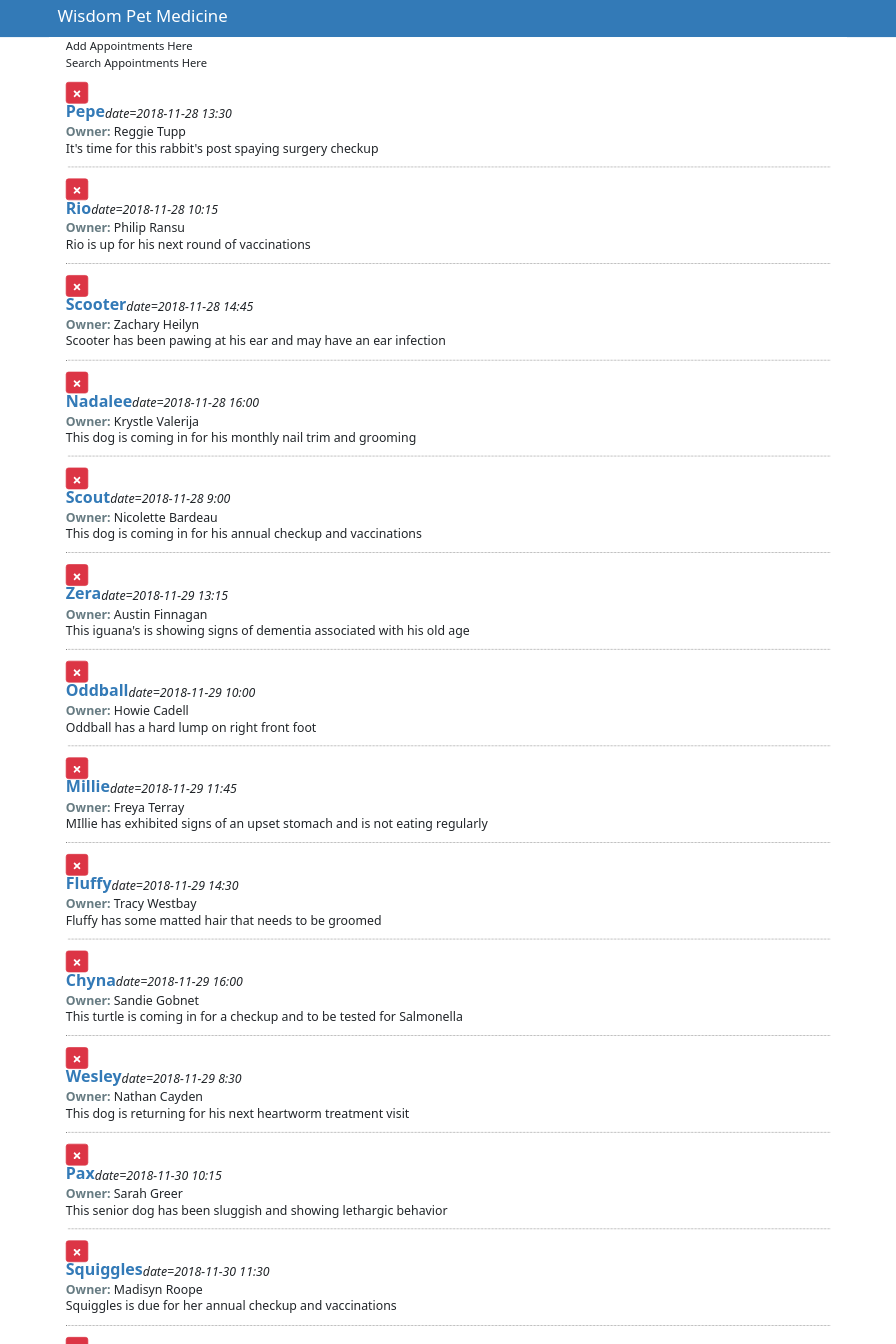
Repository: DevLuDaley/reactinterface
Page: /
These files come from the project's save history. The page is drawn as it stood at one moment and after the next save; the edit follows.
The browser window is 1280 px wide. The pictures show the part of the page from y = 0 to 1920 px (the page is 3618 px tall), at 70% of full size.
The project was rebuilt for these pictures with package versions that can differ from the ones it lists, and the page was loaded fresh each time.

Above is the page before, as saved 2021-02-04 18:53:33.

After the next save:
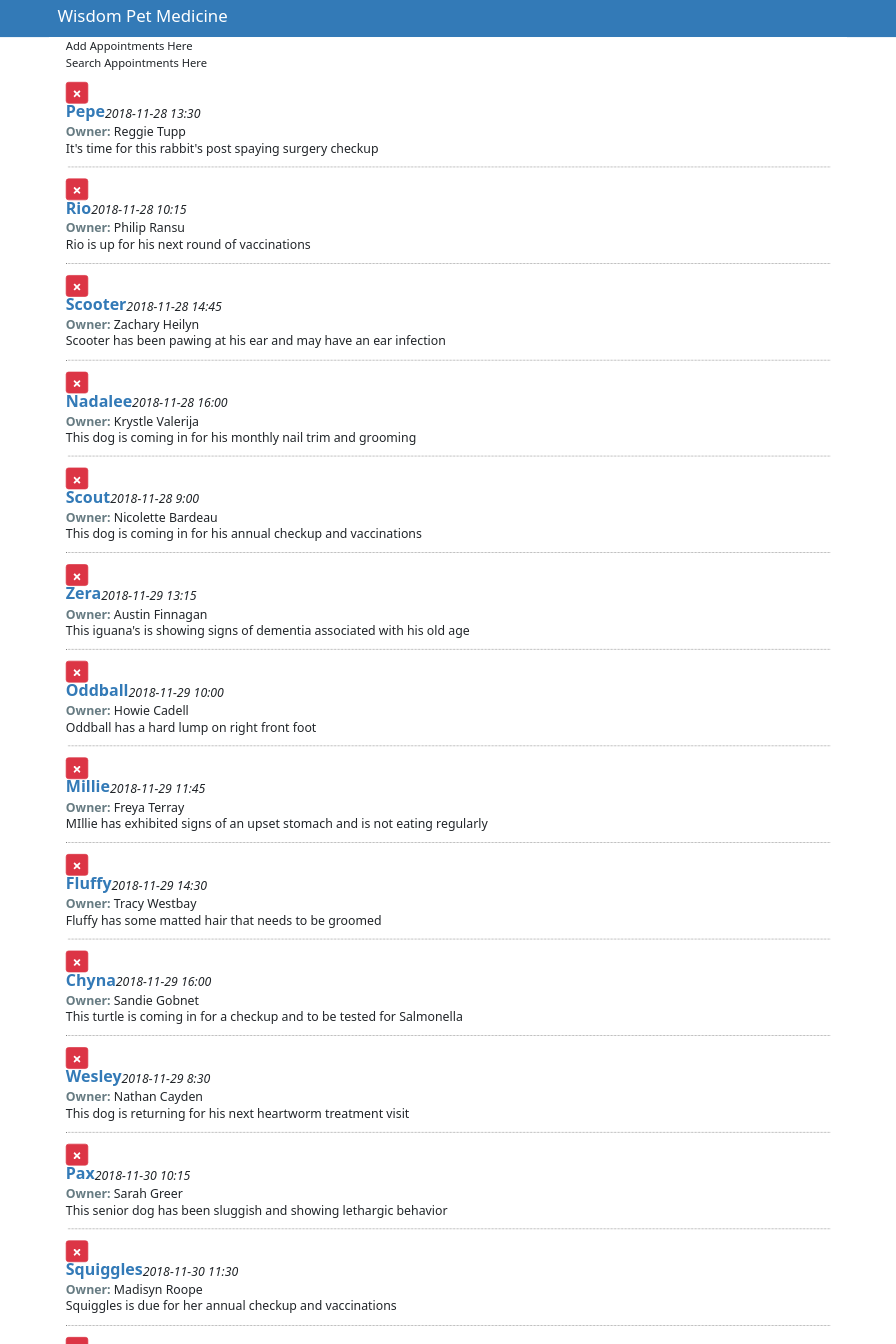
Saved 63 s later.
--- a/src/components/ListAppointments.js
+++ b/src/components/ListAppointments.js
@@ -19,7 +19,8 @@ class ListAppointments extends Component {
                 <span className="pet-name">{item.petName}</span>
                 <span className="apt-date ml-auto">
                   {/* <Moment */}
-                    date={item.aptDate}
+                    {/* date= */}
+                    {item.aptDate}
                     {/* parse="YYYY-MM-dd hh:mm" */}
                     {/* format="MMM-D h:mma" */}
                   {/* /> */}
